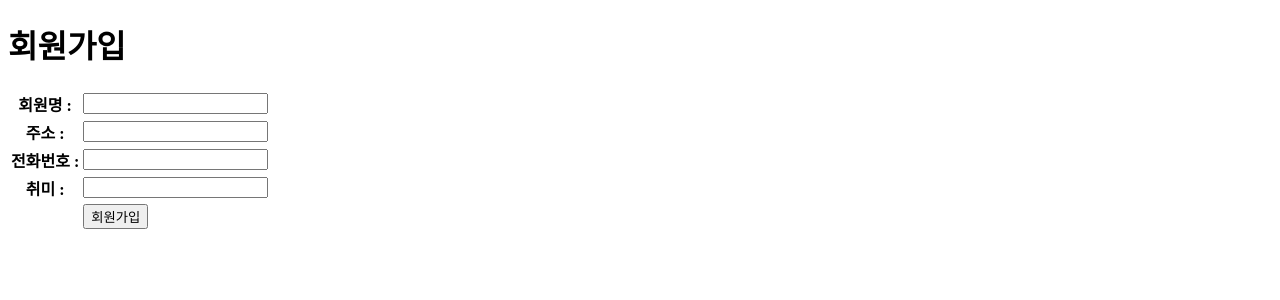
Repository: nameisris/jsp_workspace
Page: JspProject/src/main/webapp/memReg.html
An editor plug-in stored every save of this project. The page is shown before and after the next save, followed by the edit.
The browser window is 1280 px wide. The pictures show the whole page.

Above is the page before, as saved 2023-09-19 05:20:44.

### JspProject/src/main/webapp/memReg.html
<!DOCTYPE html>
<html>
<head>
<meta charset="UTF-8">
<title>Insert title here</title>
</head>
<body>
<h1>회원가입</h1>
<form>
	<table>
		<tr><th>회원명 : </th><td><input type="text" name="name"/></td></tr>
		<tr><th>주소 : </th><td><input type="text" name="address"/></td></tr>
		<tr><th>전화번호 : </th><td><input type="text" name="tel"/></td></tr>
		<tr><th>취미 : </th><td><input type="text" name="hobby"/></td></tr>
		<tr><td></td><td><input type="submit" value="회원가입"/></td></tr>
	</table>
</form>
</body>
</html>

After the next save:
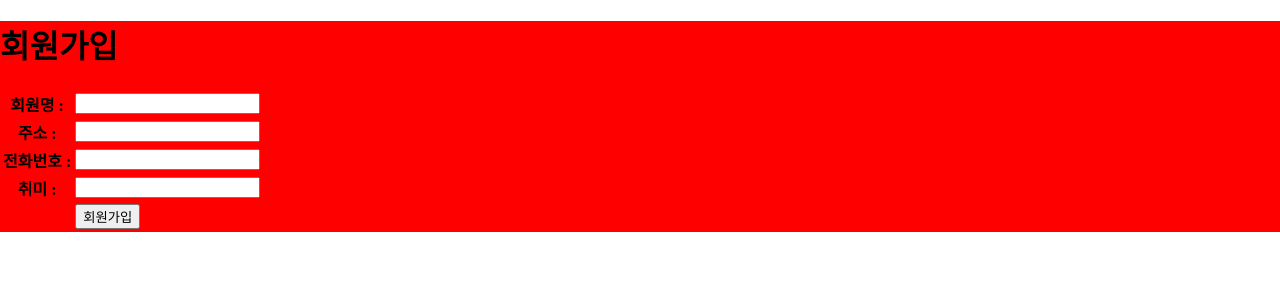
Saved 2 min 3 s later.
--- a/JspProject/src/main/webapp/memReg.html
+++ b/JspProject/src/main/webapp/memReg.html
@@ -3,8 +3,13 @@
 <head>
 <meta charset="UTF-8">
 <title>Insert title here</title>
+<style type="text/css">
+	body { margin:auto; }
+	div { background-color: red; }
+</style>
 </head>
 <body>
+<div>
 <h1>회원가입</h1>
 <form>
 	<table>
